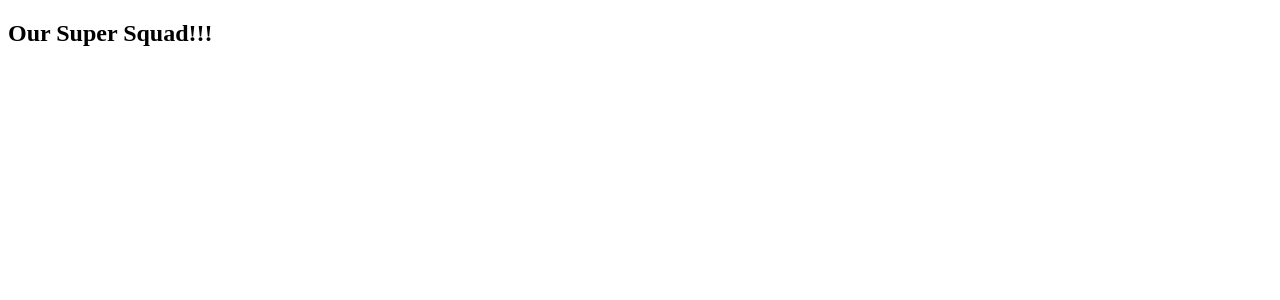
Repository: ratanparmar/newreact
Page: /
The author's editor kept a copy of each file at every save. The page is drawn from the files as they stood at one save, then again after the next save.
The browser window is 1280 px wide. The pictures show the whole page.
The project was rebuilt for these pictures with package versions that can differ from the ones it lists, and the page was loaded fresh each time.

Above is the page before, as saved 2019-12-09 14:11:59.

After the next save:
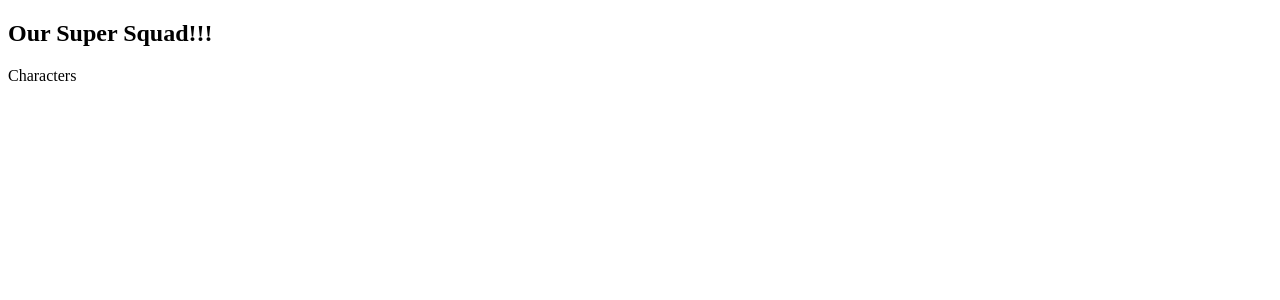
Saved 28 s later.
--- a/src/components/App.js
+++ b/src/components/App.js
@@ -1,11 +1,15 @@
 import React, {Component } from 'react'
+import CharacterList from './CharacterList'
 
 
 class App extends Component{
 
     render(){
         return(
-            <div><h2>Our Super Squad!!!</h2></div>
+            <div>
+                <h2>Our Super Squad!!!</h2>
+                <CharacterList/>
+            </div>
         )
     }
 }
